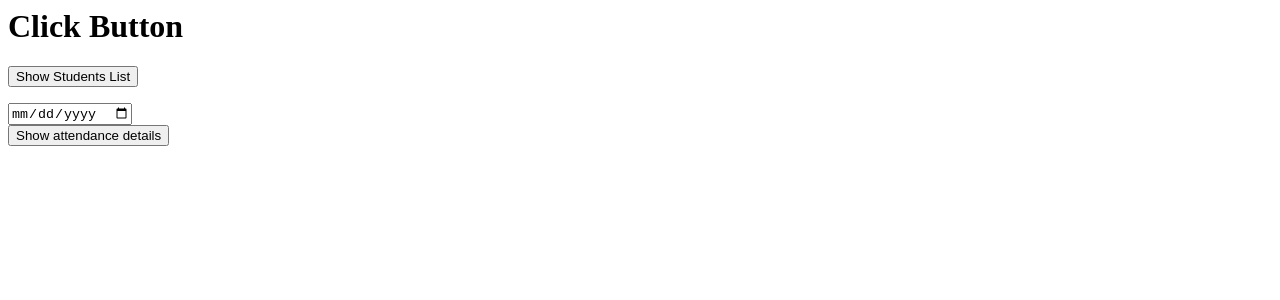
Repository: arunkumar2310/AttendanceProject
Page: ksrattendance/WebContent/first.html
The author's editor kept a copy of each file at every save. The page is drawn from the files as they stood at one save, then again after the next save.
The browser window is 1280 px wide. The pictures show the whole page.

Above is the page before, as saved 2018-07-12 00:10:51.

After the next save:
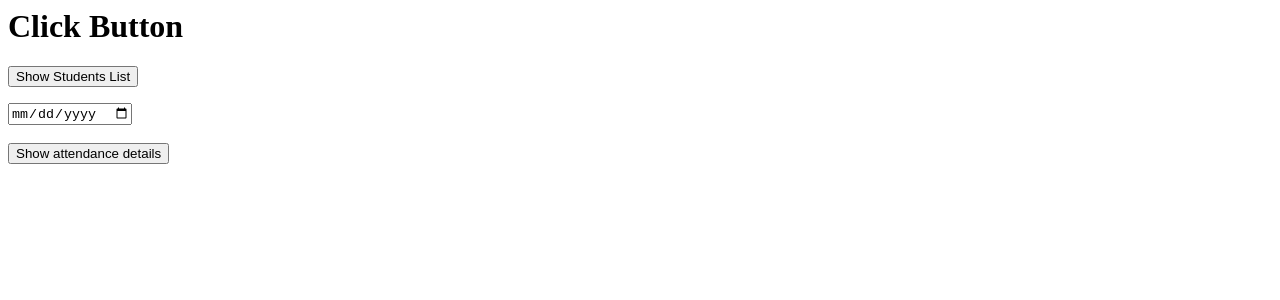
Saved 95 s later.
--- a/ksrattendance/WebContent/first.html
+++ b/ksrattendance/WebContent/first.html
@@ -5,7 +5,7 @@
 <input type="submit" value="Show Students List">
 </form>
 <form method="post" action="details">
-<input type="date"><br>
+<input type="date"><br><br>
 <input type="submit" value="Show attendance details">
 </form>
 </body>
